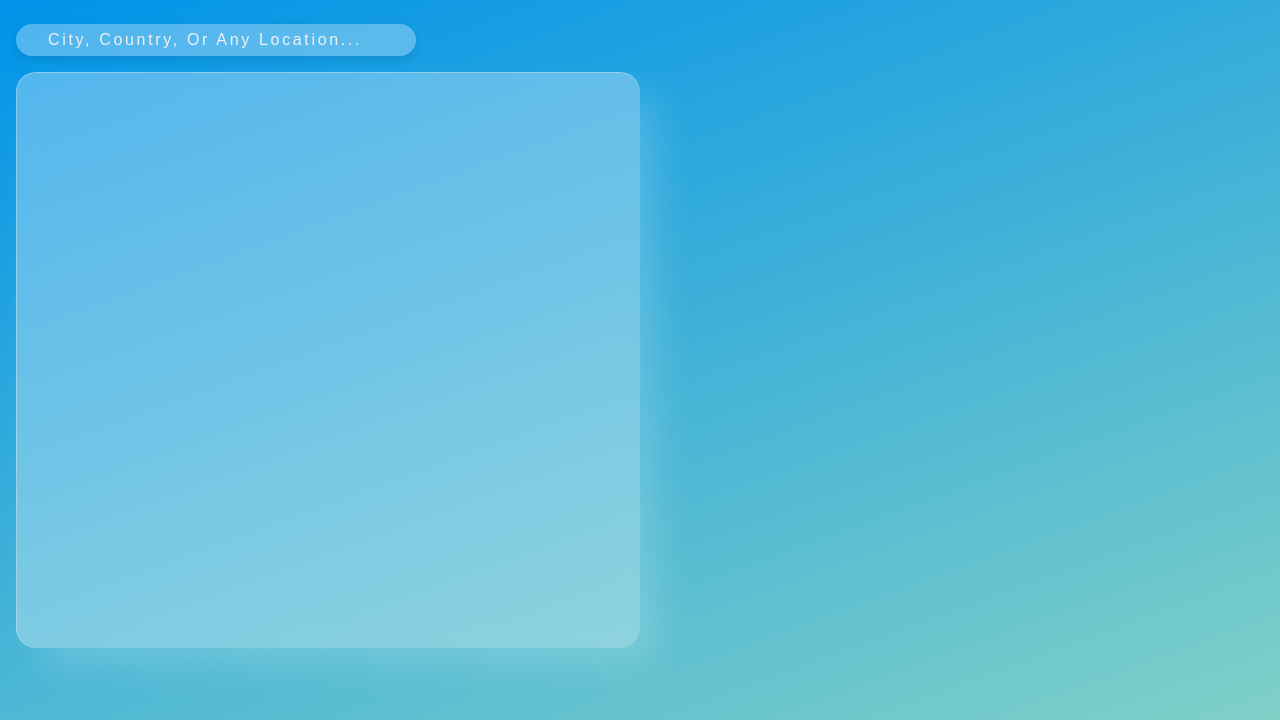
Repository: Haydenleung/weather-app-2024
Page: /
The author's editor kept a copy of each file at every save. The page is drawn from the files as they stood at one save, then again after the next save.
The browser window is 1280 px wide. The pictures show the whole page.
The project was rebuilt for these pictures with package versions that can differ from the ones it lists, and the page was loaded fresh each time. The framework's server and built-in components were replaced by stand-ins that run in the browser. Also part of the build but not shown: next.config.mjs.

Above is the page before, as saved 2024-02-09 09:32:43.

After the next save:
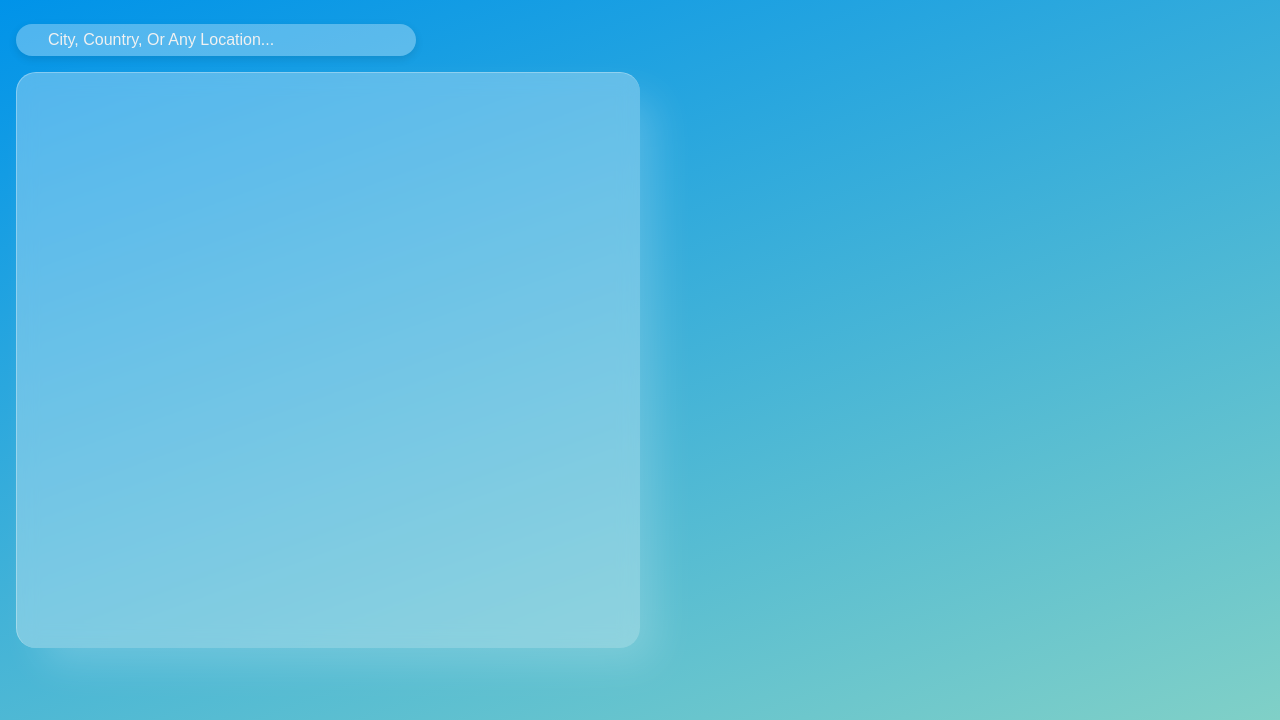
Saved 21 s later.
--- a/src/styles/globals.css
+++ b/src/styles/globals.css
@@ -40,7 +40,7 @@
   padding: 0.3rem 2rem;
   font-size: 12pt;
   font-weight: 400;
-  letter-spacing: 2pt;
+  /* letter-spacing: 2pt; */
   box-shadow: 0px 3px 8px rgba(0, 0, 0, 0.1);
   color: white;
   text-transform: capitalize;
